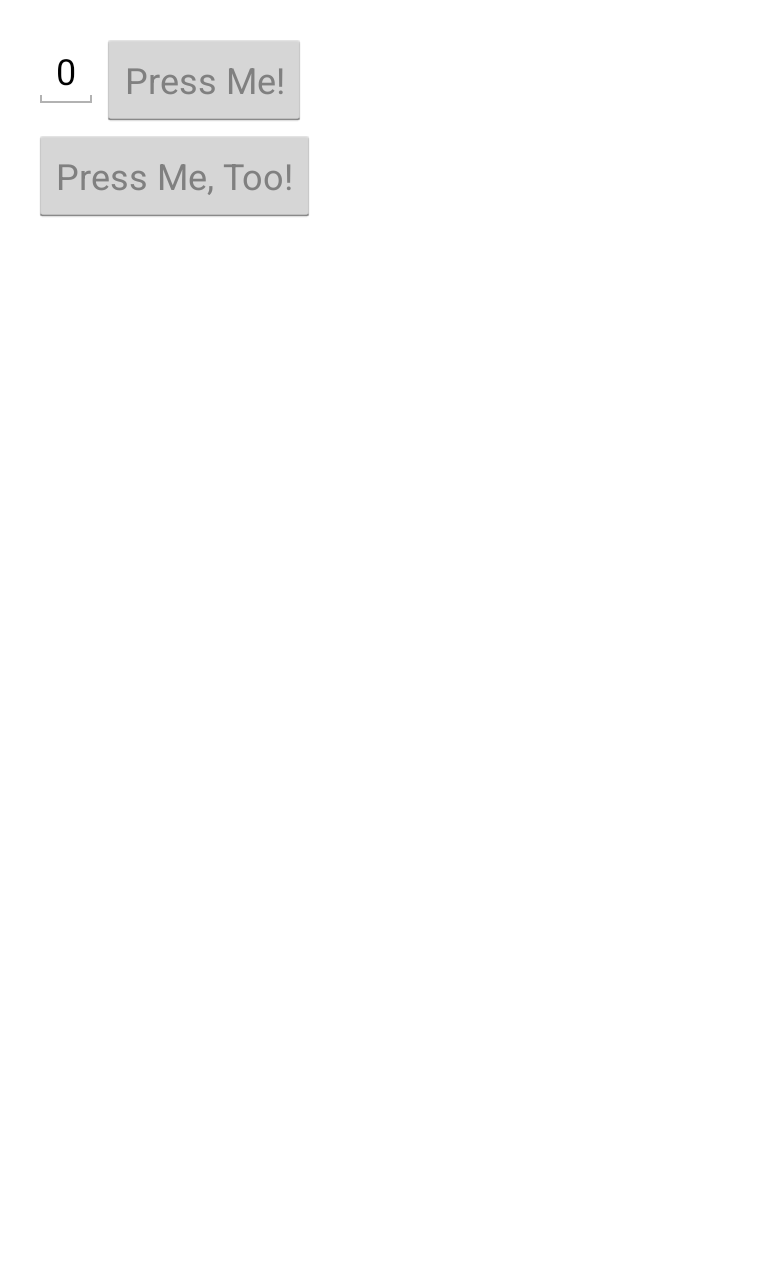
Repository: radupoenaru1992/Model
Layout: PracticalTest01/res/layout/activity_practical_test01_main.xml
An editor plug-in stored every save of this project. The layout is shown before and after the next save, followed by the edit.
It is drawn on a 768 x 1280 px phone screen (xhdpi) without system bars, with theme AppTheme; the app's code is not run.

Above is the layout before, as saved 2015-03-29 17:17:20.

After the next save:
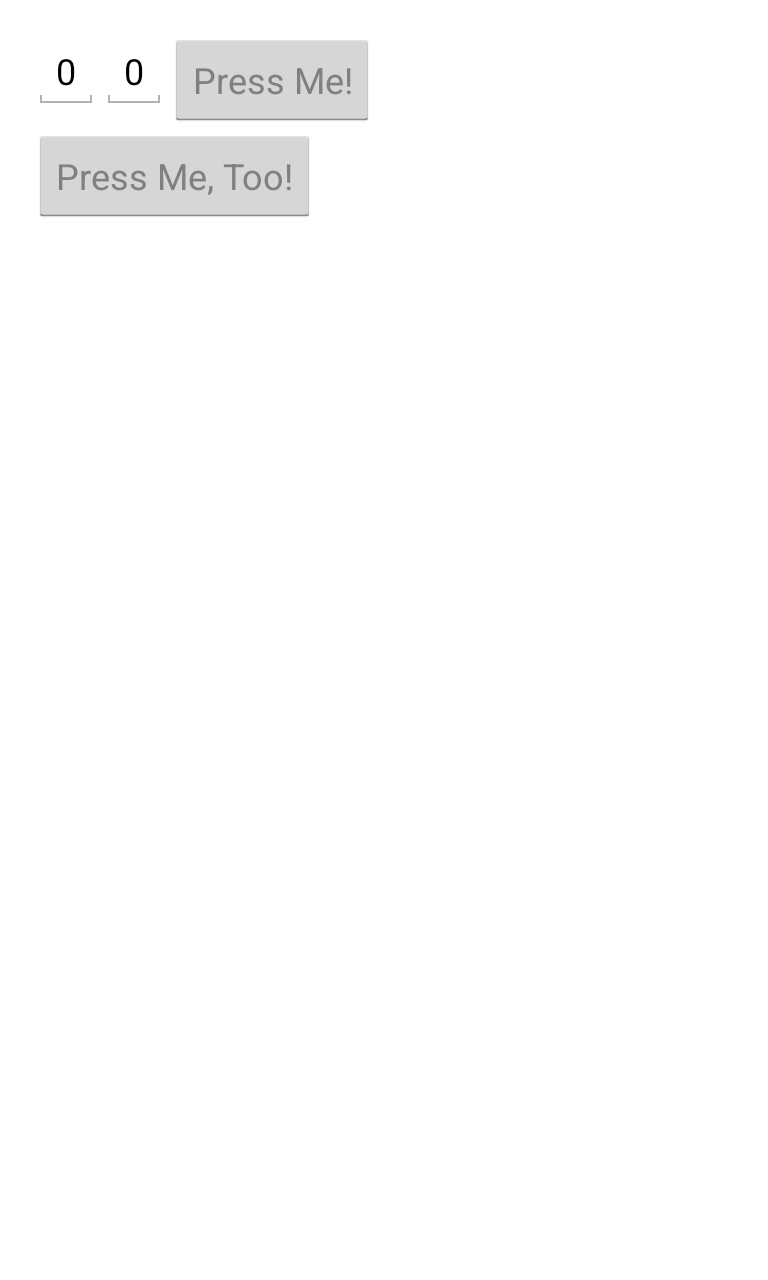
Saved 24 s later.
--- a/PracticalTest01/res/layout/activity_practical_test01_main.xml
+++ b/PracticalTest01/res/layout/activity_practical_test01_main.xml
@@ -21,6 +21,7 @@
            android:id="@+id/etSt"
            android:text="0"
            android:gravity="center"
+           android:layout_weight="1"
            />
 
         <EditText

After the save that followed:
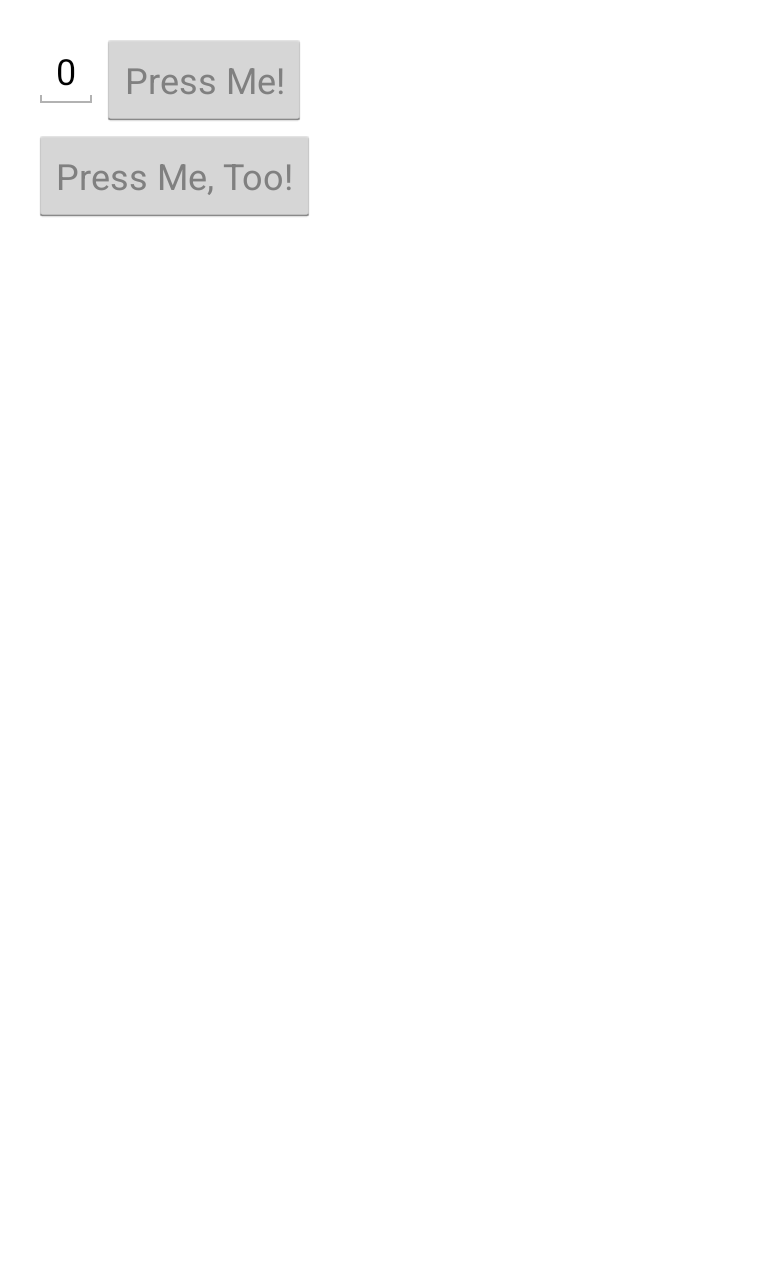
Saved 7 s later.
--- a/PracticalTest01/res/layout/activity_practical_test01_main.xml
+++ b/PracticalTest01/res/layout/activity_practical_test01_main.xml
@@ -25,7 +25,7 @@
            />
 
         <EditText
-           android:layout_width="match_parent"
+           android:layout_width="0dp"
            android:layout_height="wrap_content"
            android:id="@+id/etDr"
            android:text="0"
